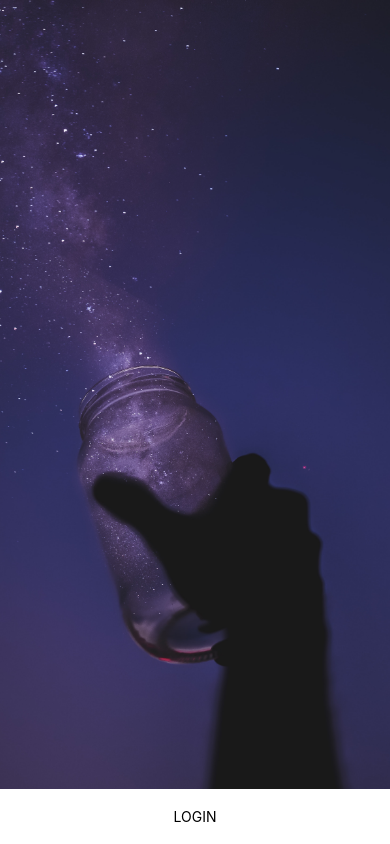
Repository: farrelmuhammad/project-react-native
Screen: /
The author's editor kept a copy of each file at every save. The screen is drawn from the files as they stood at one save, then again after the next save.
The app was drawn by React Native's web renderer in a window 390 px wide. The project was rebuilt for these pictures with package versions that can differ from the ones it lists, and the page was loaded fresh each time.

Above is the screen before, as saved 2023-01-09 11:53:06.

### App.js
import { StatusBar } from 'expo-status-bar';
import styles from './styles'
import Svg, { Image } from 'react-native-svg';
import { Dimensions, Text, View } from 'react-native';

export default function App() {
  const { height, width } = Dimensions.get('window');

  return (
    <View style={styles.container}>
      <Svg height={height} width={width}>
        <Image
          href={require('./assets/login-background.jpg')}
          width={width}
          height={height}
          preserveAspectRatio="xMidYMid slice"
        />
      </Svg>
      <View style={styles.button}>
        <Text style={styles.buttonText}>LOGIN</Text>
      </View>
    </View>
  );
}

### styles.js
import { StyleSheet, Text, View } from 'react-native';

const styles = StyleSheet.create({
    container: {
        flex: 1,
        justifyContent: 'flex-end',
    },
    button: {
        backgroundColor: 'rgba(255, 255, 255, 0.5)',
        height: 55,
        alignItems: 'center',
        justifyContent: 'center',
    }
});

export default styles;

After the next save:
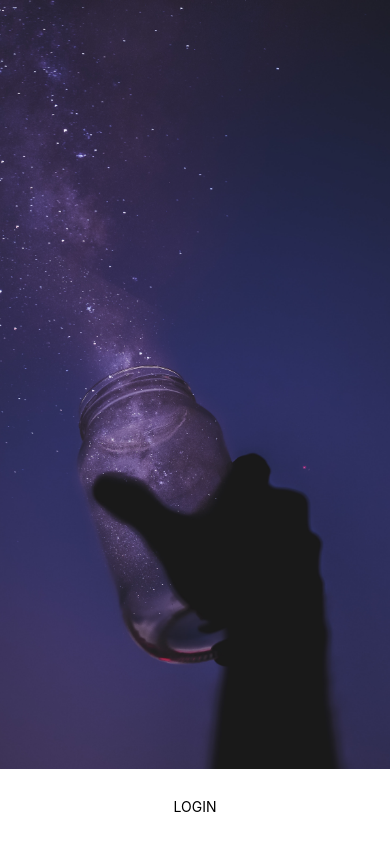
Saved 57 s later.
--- a/styles.js
+++ b/styles.js
@@ -10,6 +10,11 @@ const styles = StyleSheet.create({
         height: 55,
         alignItems: 'center',
         justifyContent: 'center',
+        borderRadius: 35,
+        marginHorizontal: 20,
+        marginVertical: 10,
+        borderWidth: 1,
+        borderColor: 'white'
     }
 });
 
